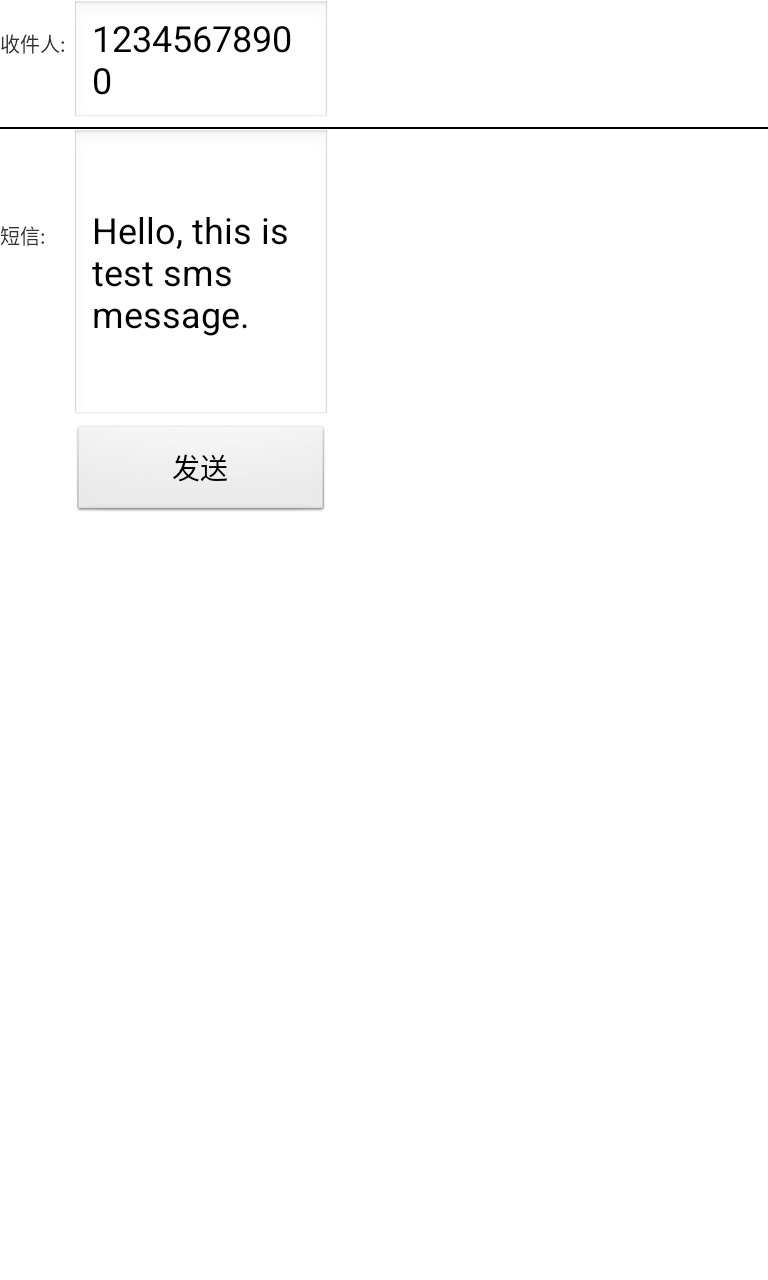
Repository: yorkLiu/android
Layout: IntentDemo/res/layout/sms_main.xml
These files come from the project's save history. The layout is drawn as it stood at one moment and after the next save; the edit follows.
It is drawn on a 768 x 1280 px phone screen (xhdpi) without system bars, with theme AppTheme; the app's code is not run.

Above is the layout before, as saved 2014-09-20 13:11:33.

After the next save:
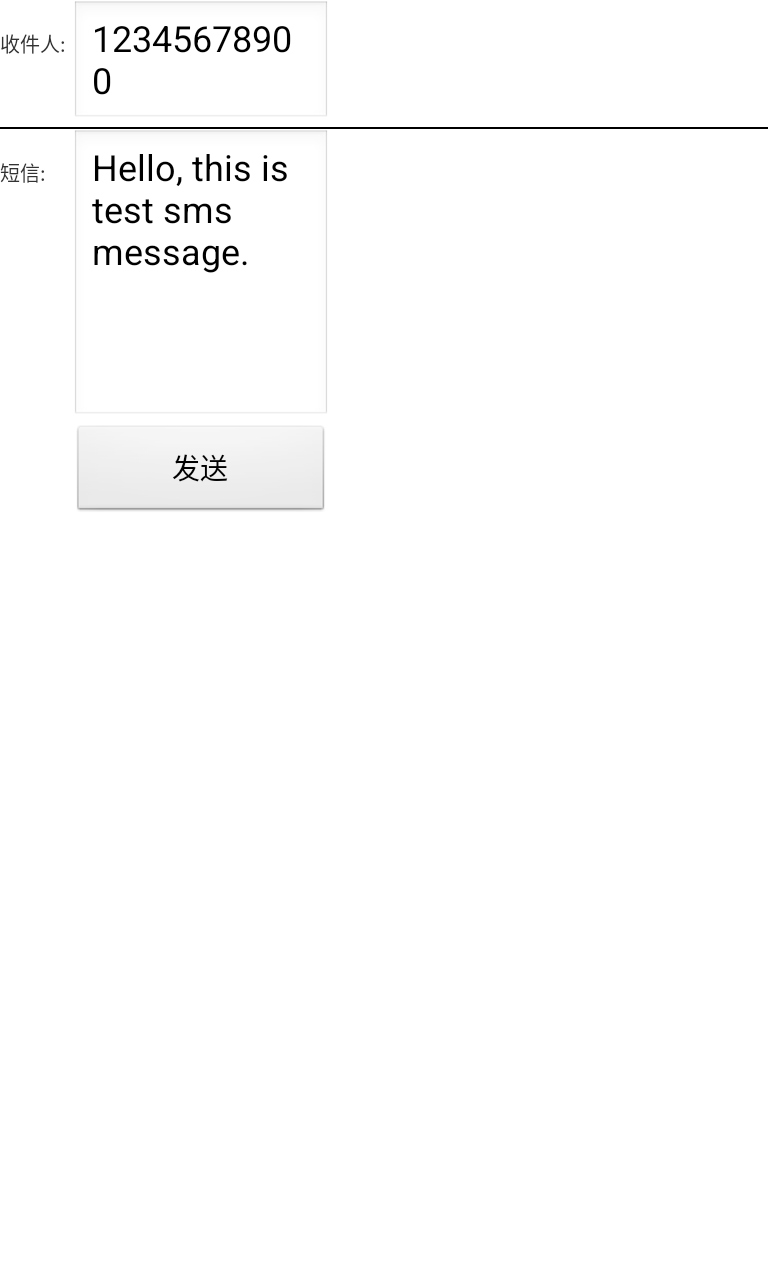
Saved 17 s later.
--- a/IntentDemo/res/layout/sms_main.xml
+++ b/IntentDemo/res/layout/sms_main.xml
@@ -38,6 +38,7 @@
             android:layout_height="wrap_content"
             android:lines="6"
             android:layout_gravity="top"
+            android:gravity="top"
             android:numeric="integer"
             android:text="Hello, this is test sms message."
             />
